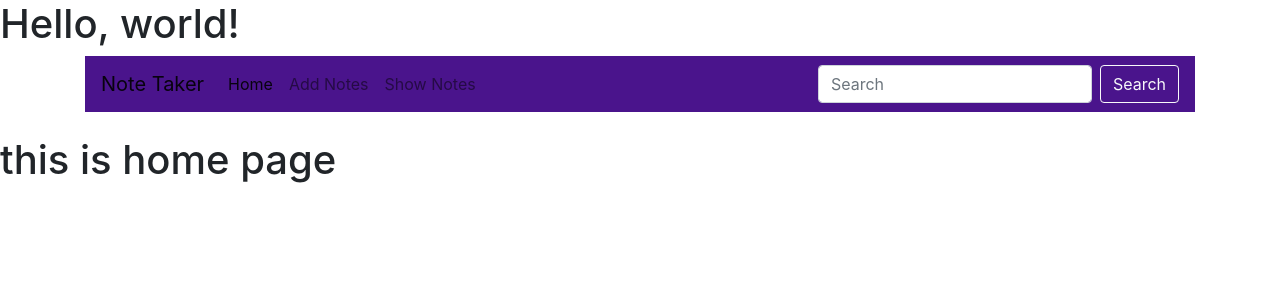
Repository: nayanchy123456/TODO-Project
Page: http://localhost/NoteTaker/
These files come from the project's save history. The page is drawn as it stood at one moment and after the next save; the edit follows.
The browser window is 1280 px wide. The pictures show the whole page.
Some web libraries are served in a nearby version. The page is served by Tomcat 10.

Above is the page before, as saved 2024-09-03 10:49:29.

After the next save:
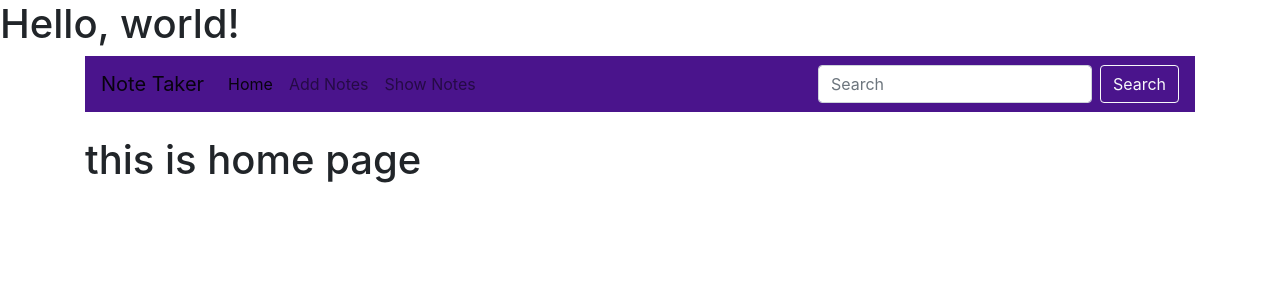
Saved 26 s later.
--- a/TODO webApplication/NoteTaker/src/main/webapp/index.jsp
+++ b/TODO webApplication/NoteTaker/src/main/webapp/index.jsp
@@ -14,10 +14,13 @@
 
     <div class = "container">
     	<%@include file = "navbar.jsp" %>
+
+    	<br>
+    	<h1>this is  home page</h1>
     </div>
 
-    <br>
-    	<h1>this is  home page</h1>
+
+
 
 
 
